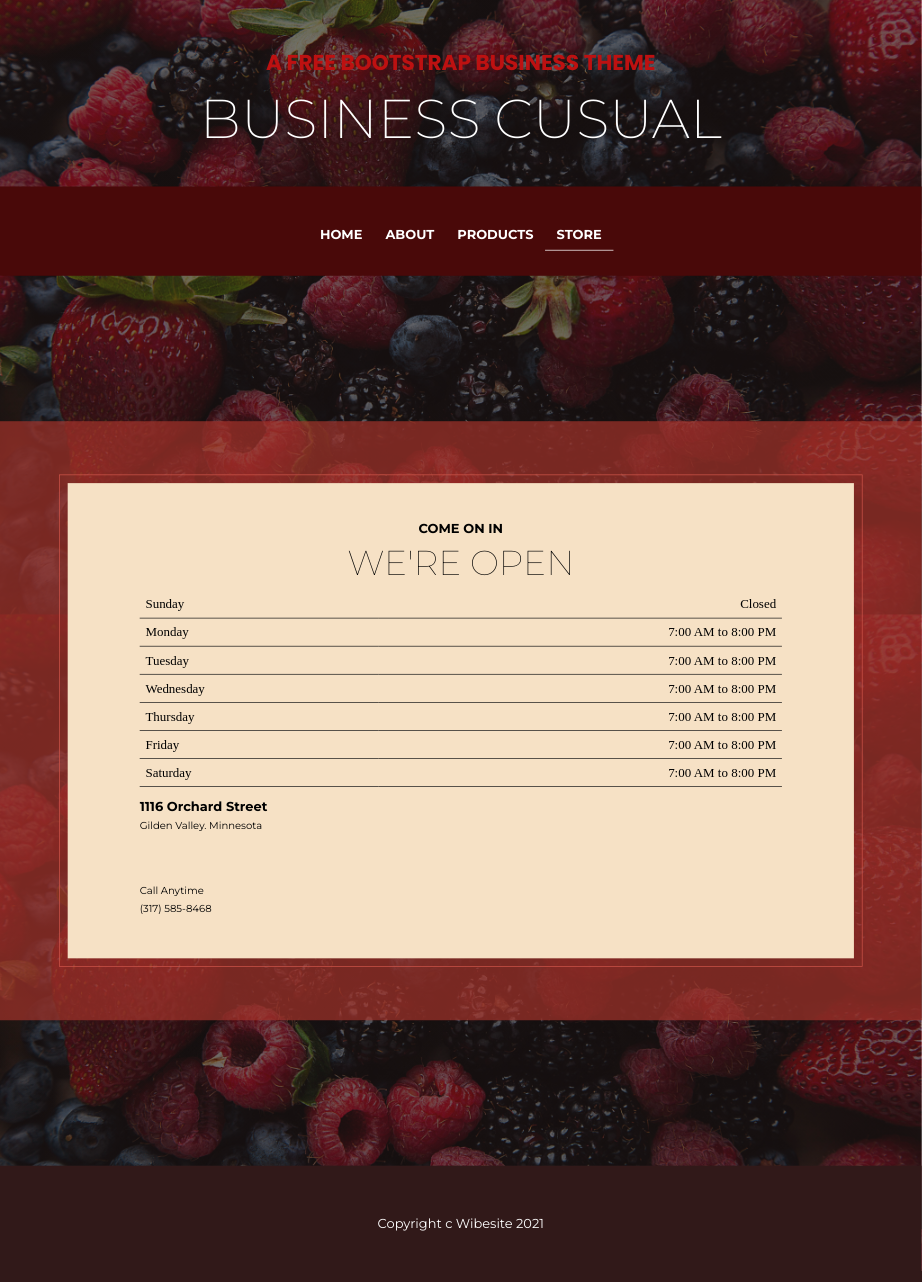
Repository: wadelfadill/tache_7_Business_bootstrap_theme
Page: store.html
These files come from the project's save history. The page is drawn as it stood at one moment and after the next save; the edit follows.
The browser window is 1280 px wide. The pictures show the whole page, at 72% of full size.
Backgrounds fixed to the window are drawn as part of the page.

Above is the page before, as saved 2023-04-28 22:20:50.

After the next save:
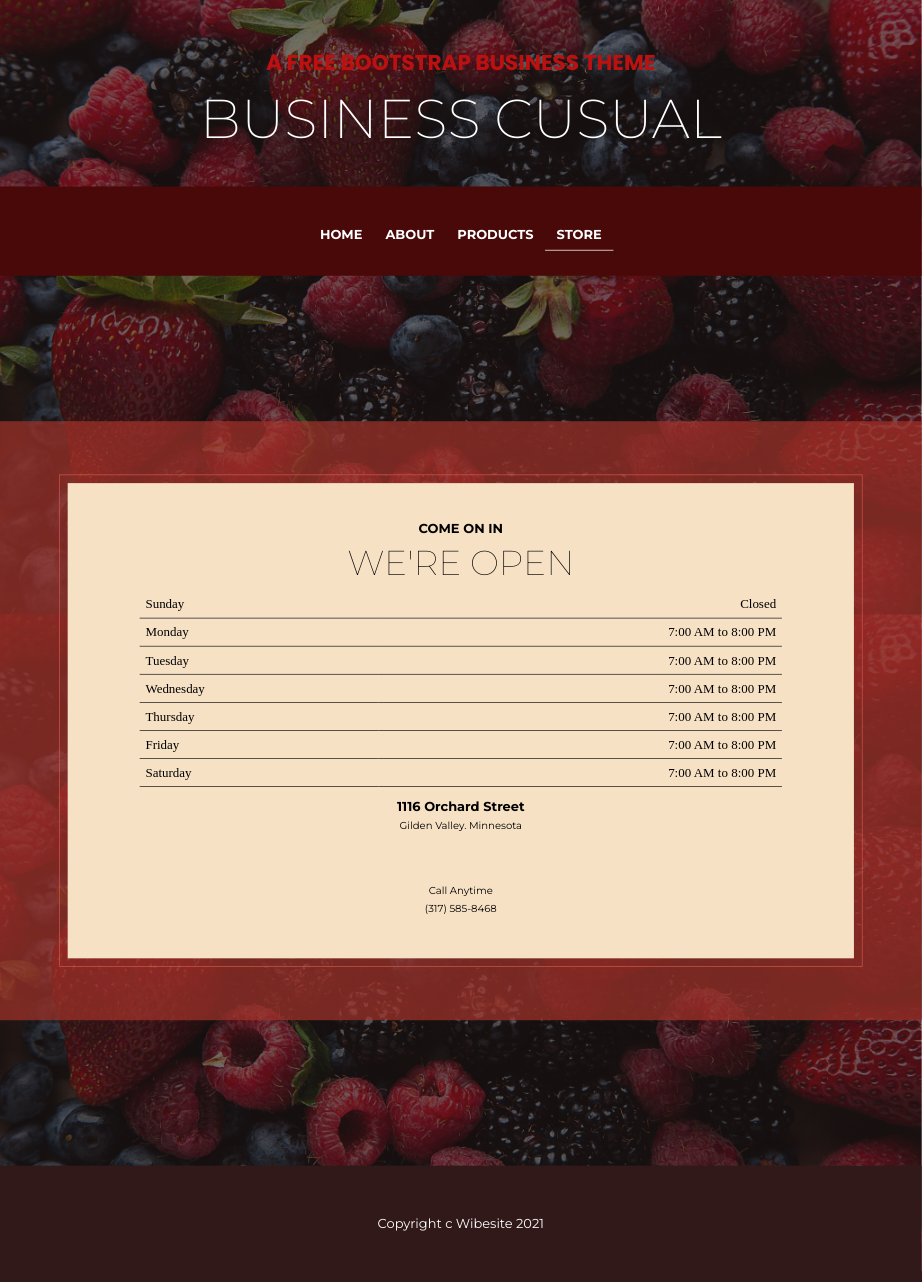
Saved 42 s later.
--- a/store.html
+++ b/store.html
@@ -85,11 +85,11 @@
                   </tr>
                 </tbody>
               </table>
-              <h2>1116 Orchard Street</h2>
-              <h6>Gilden Valley. Minnesota</h6>
+              <h2 class="text-center">1116 Orchard Street</h2>
+              <h6 class="text-center">Gilden Valley. Minnesota</h6>
               <div class="table-box-foot">
-                <h6>Call Anytime</h6>
-                <h6>(317) 585-8468</h6>
+                <h6 class="text-center">Call Anytime</h6>
+                <h6 class="text-center">(317) 585-8468</h6>
               </div>
             </div>
           </div>
